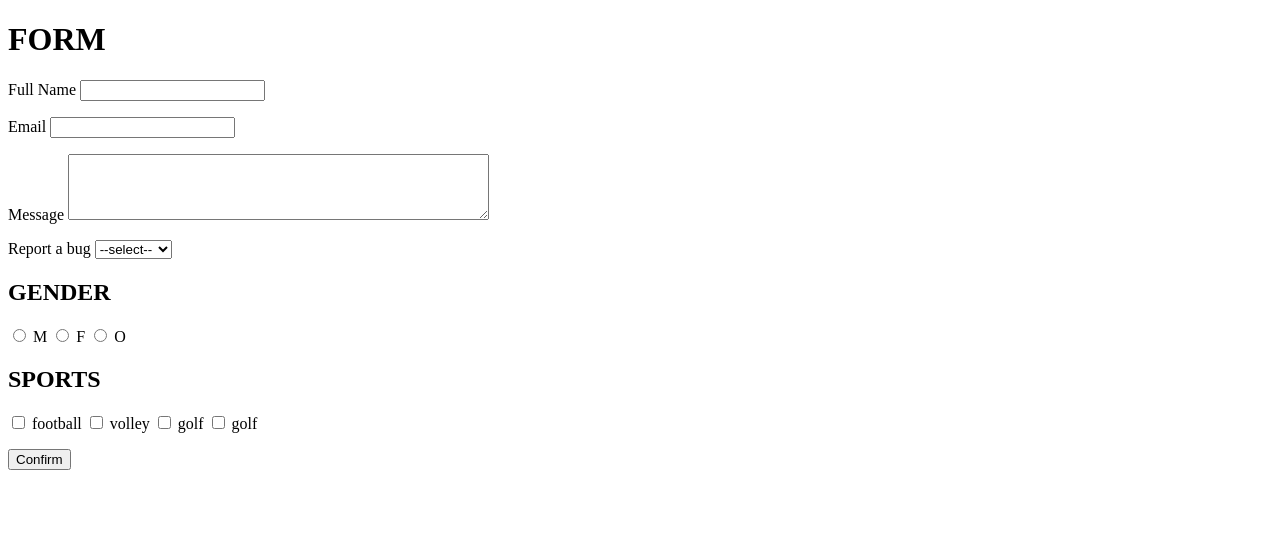
Repository: MicTomm/corso-frontend
Page: HTML/prova2/index.html
An editor plug-in stored every save of this project. The page is shown before and after the next save, followed by the edit.
The browser window is 1280 px wide. The pictures show the whole page.

Above is the page before, as saved 2023-11-08 11:18:24.

### HTML/prova2/index.html
<!DOCTYPE html>
<html lang="en">

<head>
  <meta charset="UTF-8">
  <meta name="viewport" content="width=device-width, initial-scale=1.0">
  <title>Form</title>
</head>

<body>
  <h1>FORM</h1>
  <main>
    <form action="#" method="POST">
      <section id="sezione-1">
        <p>
          <label for="full-name">Full Name</label>
          <input type="text" id="full-name" name="full-name" required>
        </p>
        <p>
          <label for="email">Email</label>
          <input type="email" id="email" name="email" required>
        </p>
        <p>
          <label for="message">Message</label>
          <textarea id="message" name="message" rows="4" cols="50"></textarea>
        </p>
        <p>
          <label for="bug">Report a bug</label>
          <select name="bug" id="bug">
            <option value="select" selected disabled hidden>--select--</option>
            <option value="question">question</option>
            <option value="feedback">feedback</option>
            <option value="report">report</option>
          </select>
        </p>
        <p>
        <h2>GENDER</h2>
        <p>
          <input type="radio" id="M" name="gender" value="M">
          <label for="M">M</label>
          <input type="radio" id="F" name="gender" value="F">
          <label for="F">F</label>
          <input type="radio" id="O" name="gender" value="O">
          <label for="O">O</label>
        </p>
        <h2>SPORTS</h2>
        </p>
        <input type="checkbox" id="football" name="football">
        <label for="football">football</label>
        <input type="checkbox" id="volley" name="volley">
        <label for="volley">volley</label>
        <input type="checkbox" id="golf" name="golf">
        <label for="golf">golf</label>
        <input type="checkbox" id="golf" name="golf">
        <label for="golf">golf</label>
        <p>
          <!--
          <p>
            <label for="password">Password</label>
            <input type="password" id="password" name="password" minlength="6" required>
          </p> -->
      </section>
      <button>Confirm</button>
    </form>
  </main>
</body>

</html>

After the next save:
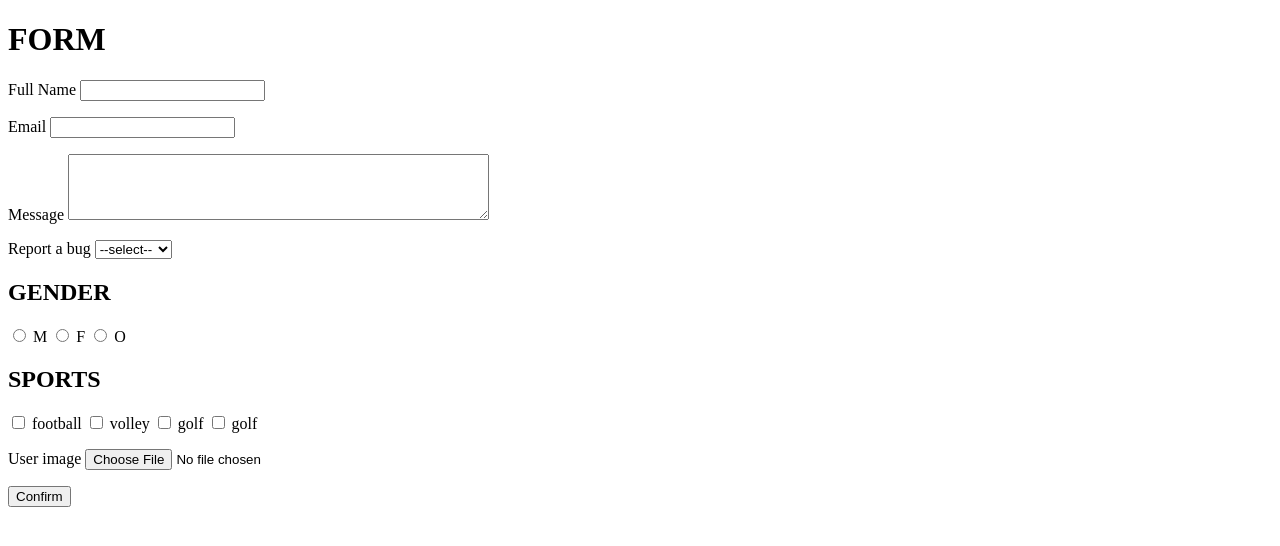
Saved 11 min 5 s later.
--- a/HTML/prova2/index.html
+++ b/HTML/prova2/index.html
@@ -54,7 +54,11 @@
         <input type="checkbox" id="golf" name="golf">
         <label for="golf">golf</label>
         <p>
-          <!--
+        <p>
+          <label for="image">User image</label>
+          <input type="file" id="image" name="image" required accept="image/jpg, image/png, image/jpeg">
+        </p>
+        <!--
           <p>
             <label for="password">Password</label>
             <input type="password" id="password" name="password" minlength="6" required>
